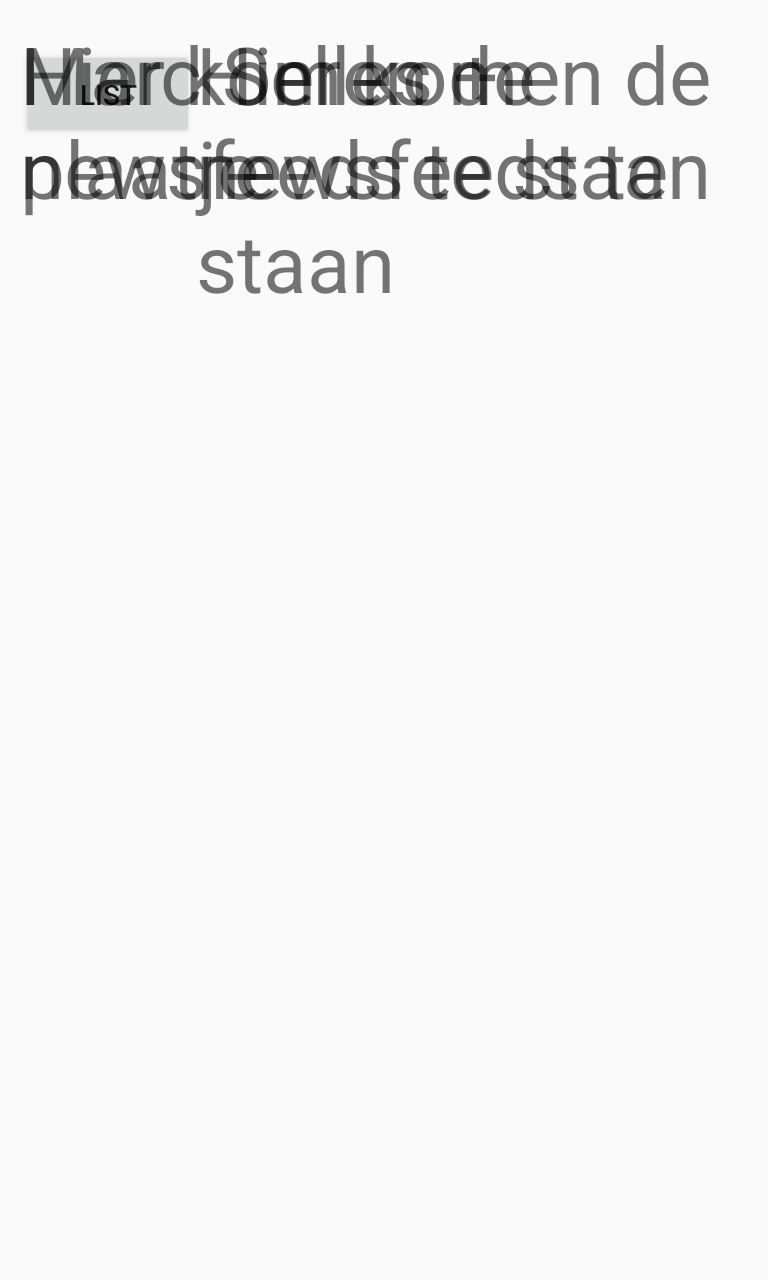
Repository: MarcSelles/BeatYourBucketAndroid
Layout: The_app/BeatYourBucket/res/layout/activity_main.xml
An editor plug-in stored every save of this project. The layout is shown before and after the next save, followed by the edit.
It is drawn on a 768 x 1280 px phone screen (xhdpi) without system bars, with theme AppTheme; the app's code is not run.

Above is the layout before, as saved 2015-01-14 11:01:13.

After the next save:
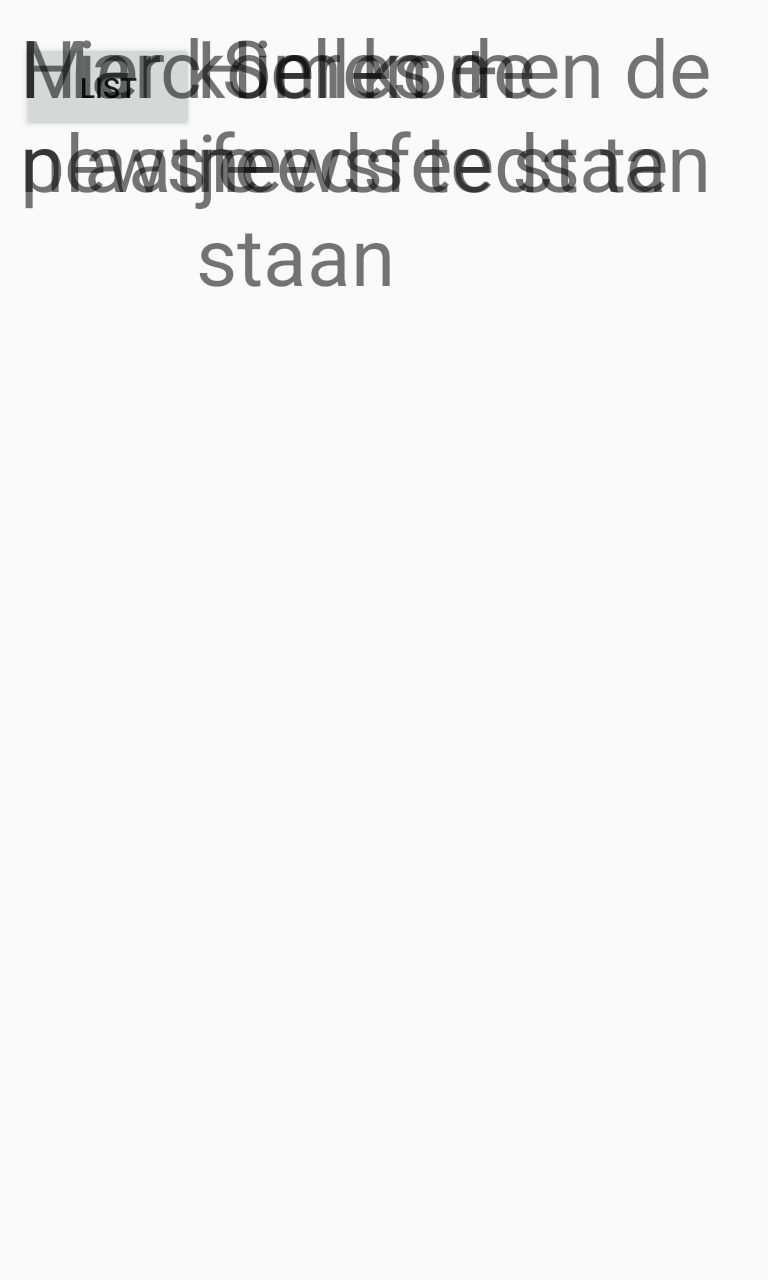
Saved 4 min 41 s later.
--- a/The_app/BeatYourBucket/res/layout/activity_main.xml
+++ b/The_app/BeatYourBucket/res/layout/activity_main.xml
@@ -17,78 +17,80 @@
         android:layout_width="fill_parent"
     	android:layout_height="fill_parent">
 
-    <LinearLayout
-        android:orientation="vertical"
-        android:layout_width="fill_parent"
-        android:layout_height="fill_parent"
-        android:padding="5dp">
+	    <LinearLayout
+	        android:orientation="vertical"
+	        android:layout_width="fill_parent"
+	        android:layout_height="fill_parent"
+	        android:padding="5dp">
 
-        <FrameLayout
-            android:id="@android:id/tabcontent"
-            android:layout_width="fill_parent"
-            android:layout_height="wrap_content"
-            android:padding="5dp"
-            android:layout_weight="1">
+	        <TabWidget
+	            android:id="@android:id/tabs"
+	            android:layout_width="fill_parent"
+	            android:layout_height="wrap_content"
+	            android:layout_weight="0"
+	            android:layout_marginBottom="-4dp"/>
 
-        	<LinearLayout
-            	android:id="@+id/tab1"
-            	android:layout_width="wrap_content"
-            	android:layout_height="wrap_content"
-            	android:orientation="horizontal" >
+	        <FrameLayout
+	            android:id="@android:id/tabcontent"
+	            android:layout_width="fill_parent"
+	            android:layout_height="wrap_content"
+	            android:padding="5dp"
+	            android:layout_weight="1">
 
-                <Button
-        			android:id="@+id/list"
-        			android:layout_width="wrap_content"
-        			android:layout_height="wrap_content"
-        			android:text="list" />
+	        	<LinearLayout
+	            	android:id="@+id/tab1"
+	            	android:layout_width="wrap_content"
+	            	android:layout_height="wrap_content"
+	            	android:orientation="horizontal" >
 
-                <TextView
-                	android:id="@+id/hooi"
-                    android:layout_width="wrap_content"
-                    android:layout_height="wrap_content"
-                    android:text="Hier komen de newsfeeds te staan"
-                    android:textSize="40sp" />
+	                <Button
+	        			android:id="@+id/list"
+	        			android:layout_width="wrap_content"
+	        			android:layout_height="wrap_content"
+	        			android:text="list" />
 
-            </LinearLayout>
+	                <TextView
+	                	android:id="@+id/hooi"
+	                    android:layout_width="wrap_content"
+	                    android:layout_height="wrap_content"
+	                    android:text="Hier komen de newsfeeds te staan"
+	                    android:textSize="40sp" />
 
-            <LinearLayout
-            	android:id="@+id/tab2"
-            	android:layout_width="wrap_content"
-            	android:layout_height="wrap_content"
-                android:orientation="vertical" >
+	            </LinearLayout>
 
-                <TextView
-                	android:id="@+id/hoi"
-                    android:layout_width="wrap_content"
-                    android:layout_height="wrap_content"
-                    android:text="Hier komen de newsfeeds te staan"
-                    android:textSize="40sp" />
+	            <LinearLayout
+	            	android:id="@+id/tab2"
+	            	android:layout_width="wrap_content"
+	            	android:layout_height="wrap_content"
+	                android:orientation="vertical" >
 
-            </LinearLayout>
+	                <TextView
+	                	android:id="@+id/hoi"
+	                    android:layout_width="wrap_content"
+	                    android:layout_height="wrap_content"
+	                    android:text="Hier komen de newsfeeds te staan"
+	                    android:textSize="40sp" />
 
-            <LinearLayout
-                android:id="@+id/tab3"
-                android:layout_width="wrap_content"
-                android:layout_height="wrap_content"
-                android:orientation="vertical" >
+	            </LinearLayout>
 
-                <TextView
-                	android:id="@+id/profiel"
-                    android:layout_width="wrap_content"
-                    android:layout_height="wrap_content"
-                    android:text="Marc Selles + plaatje"
-                    android:textSize="40sp" />
+	            <LinearLayout
+	                android:id="@+id/tab3"
+	                android:layout_width="wrap_content"
+	                android:layout_height="wrap_content"
+	                android:orientation="vertical" >
 
-            </LinearLayout>
+	                <TextView
+	                	android:id="@+id/profiel"
+	                    android:layout_width="wrap_content"
+	                    android:layout_height="wrap_content"
+	                    android:text="Marc Selles + plaatje"
+	                    android:textSize="40sp" />
 
-            </FrameLayout>
+	            </LinearLayout>
 
-        <TabWidget
-            android:id="@android:id/tabs"
-            android:layout_width="fill_parent"
-            android:layout_height="wrap_content"
-            android:layout_weight="0"
-            android:layout_marginBottom="-4dp"/>
+	            </FrameLayout>
+
+
 
     	</LinearLayout>
 

After the save that followed:
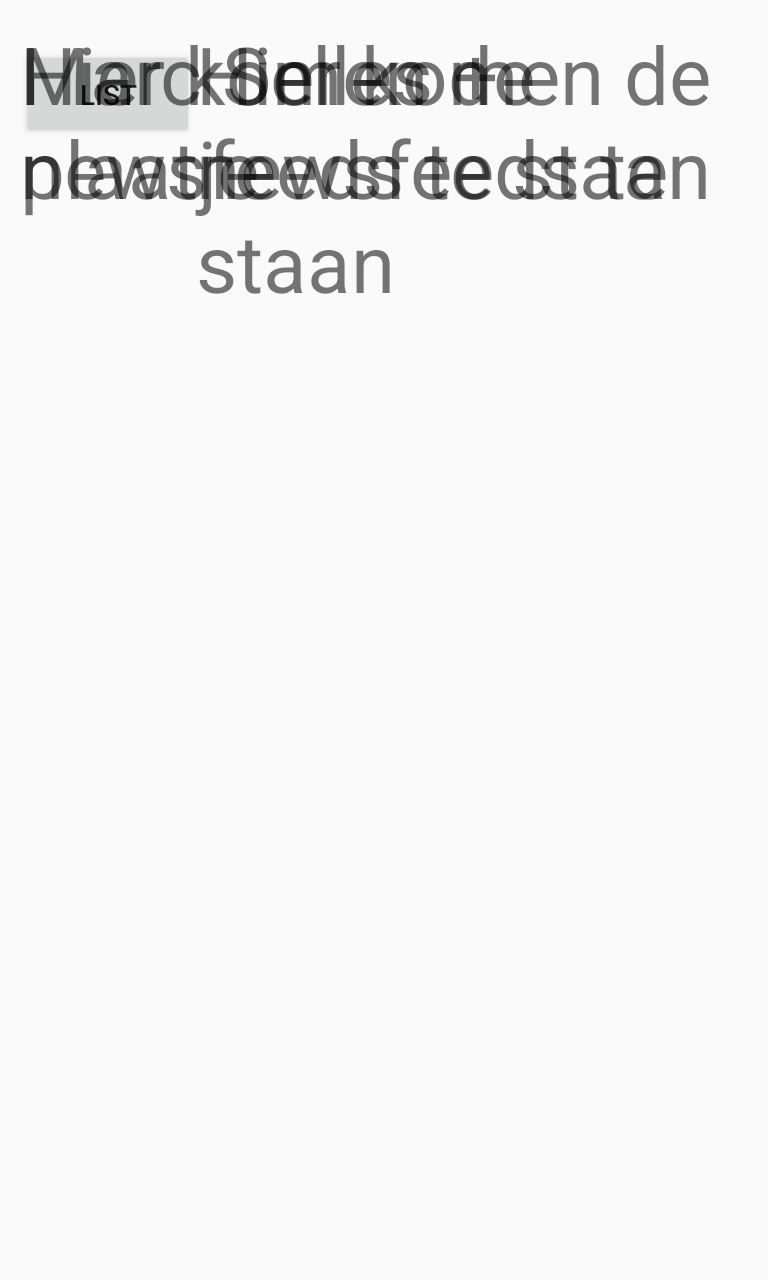
Saved 27 s later.
--- a/The_app/BeatYourBucket/res/layout/activity_main.xml
+++ b/The_app/BeatYourBucket/res/layout/activity_main.xml
@@ -22,13 +22,6 @@
 	        android:layout_width="fill_parent"
 	        android:layout_height="fill_parent"
 	        android:padding="5dp">
-
-	        <TabWidget
-	            android:id="@android:id/tabs"
-	            android:layout_width="fill_parent"
-	            android:layout_height="wrap_content"
-	            android:layout_weight="0"
-	            android:layout_marginBottom="-4dp"/>
 
 	        <FrameLayout
 	            android:id="@android:id/tabcontent"
@@ -90,7 +83,12 @@
 
 	            </FrameLayout>
 
-
+	        <TabWidget
+	            android:id="@android:id/tabs"
+	            android:layout_width="fill_parent"
+	            android:layout_height="wrap_content"
+	            android:layout_weight="0"
+	            android:layout_marginBottom="-4dp"/>
 
     	</LinearLayout>
 
